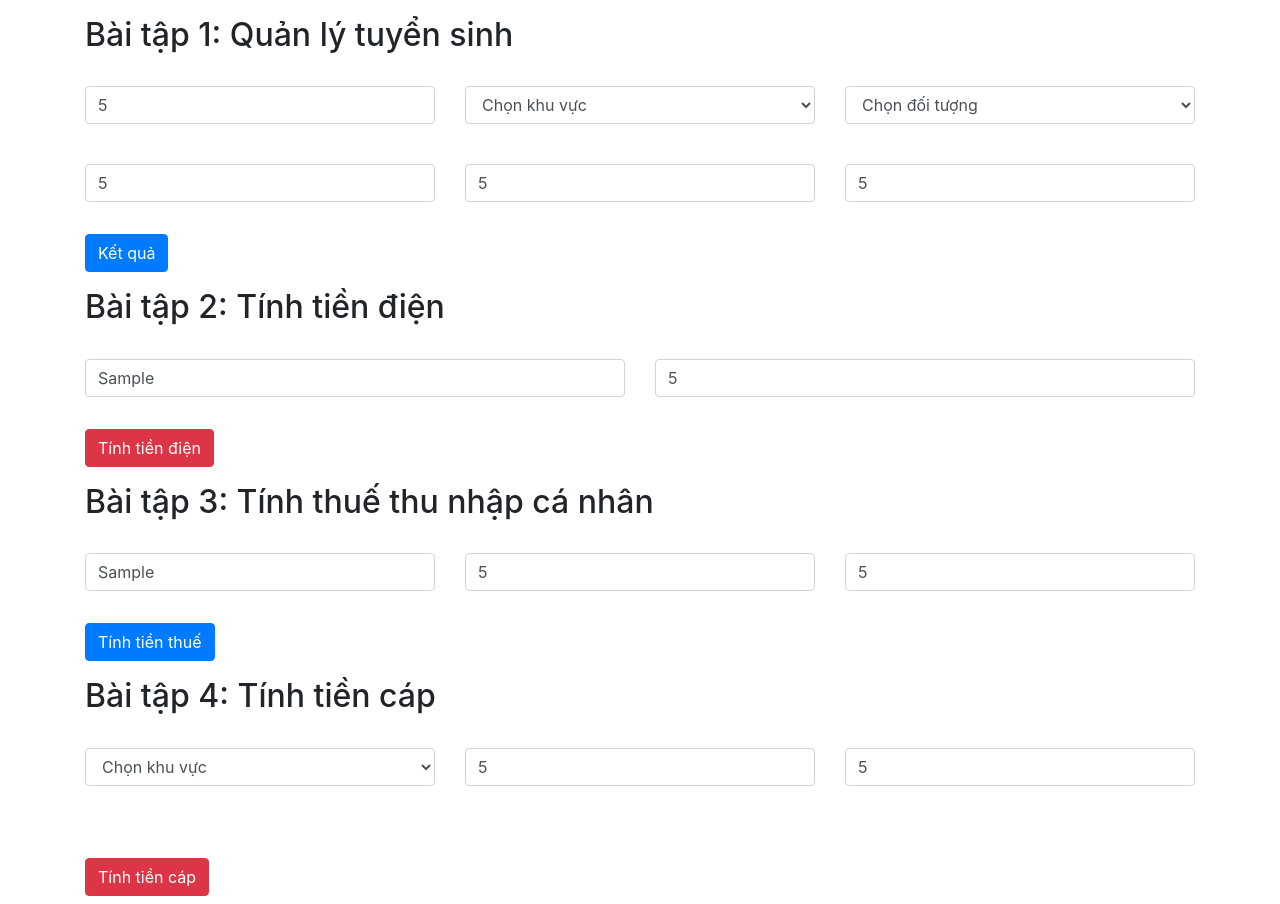
Repository: thanhfrankie/BC10-LeMinhThanh-Js-b5
Page: index.html
The author's editor kept a copy of each file at every save. The page is drawn from the files as they stood at one save, then again after the next save.
The browser window is 1280 px wide. The pictures show the whole page.
Empty fields were first filled with sample values (such as "Sample", 5 or name@example.com).
After loading, the first visible `button[onclick="tinhTienThue()"]` was clicked once.

Above is the page before, as saved 2023-12-24 22:03:01.
Console error: ReferenceError: tien is not defined

### index.html
<!DOCTYPE html>
<html lang="en">
  <head>
    <title>Title</title>
    <!-- Required meta tags -->
    <meta charset="utf-8" />
    <meta
      name="viewport"
      content="width=device-width, initial-scale=1, shrink-to-fit=no"
    />

    <!-- Bootstrap CSS -->
    <link
      rel="stylesheet"
      href="https://stackpath.bootstrapcdn.com/bootstrap/4.3.1/css/bootstrap.min.css"
      integrity="sha384-ggOyR0iXCbMQv3Xipma34MD+dH/1fQ784/j6cY/iJTQUOhcWr7x9JvoRxT2MZw1T"
      crossorigin="anonymous"
    />
  </head>
  <body>
    <!-- Bài tập 1 -->
    <div class="container">
      <h2 class="mt-3">Bài tập 1: Quản lý tuyển sinh</h2>
      <div class="row">
        <div class="col-sm-4">
          <div class="form-group">
            <label for="diem-chuan"></label>
            <input
              type="number"
              class="form-control"
              name=""
              id="diem-chuan"
              aria-describedby="helpId"
              placeholder="Điểm chuẩn"
              required
            />
          </div>
        </div>
        <div class="col-sm-4">
          <div class="form-group">
            <label for="khu-vuc"></label>
            <select class="form-control" id="khu-vuc">
              <option selected>Chọn khu vực</option>
              <option>A</option>
              <option>B</option>
              <option>C</option>
            </select>
          </div>
        </div>
        <div class="col-sm-4">
          <div class="form-group">
            <label for="doi-tuong"></label>
            <select class="form-control" id="doi-tuong">
              <option selected>Chọn đối tượng</option>
              <option>1</option>
              <option>2</option>
              <option>3</option>
            </select>
          </div>
        </div>
      </div>
      <div class="row">
        <div class="col-sm-4">
          <div class="form-group">
            <label for="diem-mon-thu-1"></label>
            <input
              type="number"
              class="form-control"
              name=""
              id="diem-mon-thu-1"
              aria-describedby="helpId"
              placeholder="Điểm môn thứ 1"
              required
            />
          </div>
        </div>
        <div class="col-sm-4">
          <div class="form-group">
            <label for="diem-mon-thu-2"></label>
            <input
              type="number"
              class="form-control"
              name=""
              id="diem-mon-thu-2"
              aria-describedby="helpId"
              placeholder="Điểm môn thứ 2"
              required
            />
          </div>
        </div>
        <div class="col-sm-4">
          <div class="form-group">
            <label for="diem-mon-thu-3"></label>
            <input
              type="number"
              class="form-control"
              name=""
              id="diem-mon-thu-3"
              aria-describedby="helpId"
              placeholder="Điểm môn thứ 3"
              required
            />
          </div>
        </div>
      </div>
      <button
        type="button"
        onclick="tuyenSinh()"
        class="btn btn-primary mt-3"
        id="ket-qua-tuyen-sinh"
      >
        Kết quả
      </button>
      <h3 id="ket-qua-cuoi-cung" class="text-success"></h3>
    </div>
    <!-- Bài tập 2 -->
    <div class="container">
      <h2 class="mt-3">Bài tập 2: Tính tiền điện</h2>
      <div class="row">
        <div class="col-sm-6">
          <div class="form-group">
            <label for="ho-ten"></label>
            <input
              type="text"
              class="form-control"
              name=""
              id="ho-ten"
              aria-describedby="helpId"
              placeholder="Nhập họ và tên"
              required
            />
          </div>
        </div>
        <div class="col-sm-6">
          <div class="form-group">
            <label for="so-kw"></label>
            <input
              type="number"
              class="form-control"
              name=""
              id="so-kw"
              aria-describedby="helpId"
              placeholder="Nhập số kw"
              required
            />
          </div>
        </div>
      </div>
      <button
        type="button"
        onclick="tinhTienDien()"
        class="btn btn-danger mt-3"
      >
        Tính tiền điện
      </button>

      <h3 id="thong-tin-hoa-don" class="text-success"></h3>
    </div>
    <!-- Bài tập 3-->
    <div class="container">
      <h2 class="mt-3">Bài tập 3: Tính thuế thu nhập cá nhân</h2>
      <div class="row">
        <div class="col-sm-4">
          <div class="form-group">
            <label for="nguoi-tinh-thue"></label>
            <input
              type="text"
              class="form-control"
              name=""
              id="nguoi-tinh-thue"
              aria-describedby="helpId"
              placeholder="Nhập họ tên"
              required
            />
          </div>
        </div>
        <div class="col-sm-4">
          <div class="form-group">
            <label for="thu-nhap-nam"></label>
            <input
              type="number"
              class="form-control"
              name=""
              id="thu-nhap-nam"
              aria-describedby="helpId"
              placeholder="Tổng thu nhập năm"
              required
            />
          </div>
        </div>
        <div class="col-sm-4">
          <div class="form-group">
            <label for="so-nguoi-phu-thuoc"></label>
            <input
              type="number"
              class="form-control"
              name=""
              id="so-nguoi-phu-thuoc"
              aria-describedby="helpId"
              placeholder="Số người phụ thuộc"
              required
            />
          </div>
        </div>
      </div>
      <button type="button" onclick="tinhTienThue()" class="btn btn-primary mt-3">
        Tính tiền thuế
      </button>
      <h3 id="tinh-tien-thue" class="text-success"></h3>
    </div>
    <!-- Bài tập 4-->
    <div class="container">
      <h2 class="mt-3">Bài tập 4: Tính tiền cáp</h2>
      <div class="row">
        <div class="col-sm-4">
          <div class="form-group">
            <label for="khach-hang"></label>
            <select class="form-control" id="khach-hang" onchange="chonKhachHang()">
              <option selected>Chọn khu vực</option>
              <option>Nhà Dân</option>
              <option>Doanh Nghiệp</option>
            </select>
          </div>
        </div>
        <div class="col-sm-4">
          <div class="form-group">
            <label for="ma-khach-hang"></label>
            <input
              type="number"
              class="form-control"
              name=""
              id="ma-khach-hang"
              aria-describedby="helpId"
              placeholder="Nhập mã khách hàng"
              required
            />
          </div>
        </div>
        <div class="col-sm-4">
          <div class="form-group">
            <label for="kenh-cao-cap"></label>
            <input
              type="number"
              class="form-control"
              name=""
              id="kenh-cao-cap"
              aria-describedby="helpId"
              placeholder="Số kênh cao cấp"
              required
            />
          </div>
        </div>
        <div class="col-sm-4">
          <div class="form-group">
            <label for="so-ket-noi"></label>
            <input
              style="display: none"
              type="number"
              class="form-control"
              name=""
              id="so-ket-noi"
              aria-describedby="helpId"
              placeholder="Số kết nối"
              required
            />
          </div>
        </div>
      </div>
      <button type="button" onclick="tinhTienCap()" class="btn btn-danger mt-3">
        Tính tiền cáp
      </button>

      <h3 id="hoa-don-tien-cap" class="text-success"></h3>
    </div>

    <!-- Optional JavaScript -->
    <!-- jQuery first, then Popper.js, then Bootstrap JS -->
    <script
      src="https://code.jquery.com/jquery-3.3.1.slim.min.js"
      integrity="sha384-q8i/X+965DzO0rT7abK41JStQIAqVgRVzpbzo5smXKp4YfRvH+8abtTE1Pi6jizo"
      crossorigin="anonymous"
    ></script>
    <script
      src="https://cdnjs.cloudflare.com/ajax/libs/popper.js/1.14.7/umd/popper.min.js"
      integrity="sha384-UO2eT0CpHqdSJQ6hJty5KVphtPhzWj9WO1clHTMGa3JDZwrnQq4sF86dIHNDz0W1"
      crossorigin="anonymous"
    ></script>
    <script
      src="https://stackpath.bootstrapcdn.com/bootstrap/4.3.1/js/bootstrap.min.js"
      integrity="sha384-JjSmVgyd0p3pXB1rRibZUAYoIIy6OrQ6VrjIEaFf/nJGzIxFDsf4x0xIM+B07jRM"
      crossorigin="anonymous"
    ></script>
    <script src="./index.js"></script>
  </body>
</html>

### index.js
// Bài tập 1
/**
 * B1: tạo biến, lấy giá trị từ input
 * B2: Xét các trường hợp
 * + nếu có môn điểm 0 => rớt
 * + chọn điểm chuẩn: ví dụ: 25
 * + tính điểm ưu tiên
 * + tính điểm tổng kết = tổng 3 môn thi + điểm ưu tiên
 * + so sánh điểm tổng kết và điểm chuẩn để kết luận đậu hay rớt
 * + gán sự kiện cho button
 * B3: hiển thị kết quả
 */
function tuyenSinh() {
  var diemMon1 = document.getElementById("diem-mon-thu-1").value * 1;
  var diemMon2 = document.getElementById("diem-mon-thu-2").value * 1;
  var diemMon3 = document.getElementById("diem-mon-thu-3").value * 1;
  var khuVucA = 2;
  var khuVucB = 1;
  var khuVucC = 0.5;
  var doiTuong1 = 2.5;
  var doiTuong2 = 1.5;
  var doiTuong3 = 1;
  var diemKhuVuc = document.getElementById("khu-vuc").value;
  var diemDoiTuong = document.getElementById("doi-tuong").value * 1;
  var diemUuTien = 0;
  var diemTongKet = 0;
  var ketQua = document.getElementById("ket-qua-cuoi-cung");
  var tongDiem3Mon = diemMon1 + diemMon2 + diemMon3;
  var diemChuan = document.getElementById("diem-chuan").value * 1;
  if (diemMon1 === 0 || diemMon2 === 0 || diemMon3 === 0) {
    ketQua.innerText = `Kết quả: Rớt!!!`;
  }
  if (
    diemKhuVuc !== "A" ||
    diemKhuVuc !== "B" ||
    diemKhuVuc !== "C" ||
    diemDoiTuong !== 1 ||
    diemDoiTuong !== 2 ||
    diemDoiTuong !== 3
  ) {
    ketQua.innerText = `Vui lòng chọn khu vực và đối tượng`;
  }
  if (diemKhuVuc === "A" && diemDoiTuong == 1) {
    diemUuTien = khuVucA + doiTuong1;

    diemTongKet = tongDiem3Mon + diemUuTien;
    if (diemTongKet < diemChuan) {
      return (ketQua.innerText = `Kết quả: ${diemTongKet} - Rớt!!!`);
    }
    return (ketQua.innerText = `Kết quả: ${diemTongKet} - Đậu `);
  }
  if (diemKhuVuc === "A" && diemDoiTuong == 2) {
    diemUuTien = khuVucA + doiTuong2;

    diemTongKet = tongDiem3Mon + diemUuTien;
    if (diemTongKet < diemChuan) {
      return (ketQua.innerText = `Kết quả: ${diemTongKet} - Rớt!!!`);
    }
    return (ketQua.innerText = `Kết quả: ${diemTongKet} - Đậu `);
  }
  if (diemKhuVuc === "A" && diemDoiTuong == 3) {
    diemUuTien = khuVucA + doiTuong3;

    diemTongKet = tongDiem3Mon + diemUuTien;
    if (diemTongKet < diemChuan) {
      return (ketQua.innerText = `Kết quả: ${diemTongKet} - Rớt!!!`);
    }
    return (ketQua.innerText = `Kết quả: ${diemTongKet} - Đậu `);
  }
  if (diemKhuVuc === "B" && diemDoiTuong == 1) {
    diemUuTien = khuVucB + doiTuong1;

    diemTongKet = tongDiem3Mon + diemUuTien;
    if (diemTongKet < diemChuan) {
      return (ketQua.innerText = `Kết quả: ${diemTongKet} - Rớt!!!`);
    }
    return (ketQua.innerText = `Kết quả: ${diemTongKet} - Đậu `);
  }
  if (diemKhuVuc === "B" && diemDoiTuong == 2) {
    diemUuTien = khuVucB + doiTuong2;

    diemTongKet = tongDiem3Mon + diemUuTien;
    if (diemTongKet < diemChuan) {
      return (ketQua.innerText = `Kết quả: ${diemTongKet} - Rớt!!!`);
    }
    return (ketQua.innerText = `Kết quả: ${diemTongKet} - Đậu `);
  }
  if (diemKhuVuc === "B" && diemDoiTuong == 3) {
    diemUuTien = khuVucB + doiTuong3;

    diemTongKet = tongDiem3Mon + diemUuTien;
    if (diemTongKet < diemChuan) {
      return (ketQua.innerText = `Kết quả: ${diemTongKet} - Rớt!!!`);
    }
    return (ketQua.innerText = `Kết quả: ${diemTongKet} - Đậu `);
  }
  if (diemKhuVuc === "C" && diemDoiTuong == 1) {
    diemUuTien = khuVucC + doiTuong1;

    diemTongKet = tongDiem3Mon + diemUuTien;
    if (diemTongKet < diemChuan) {
      return (ketQua.innerText = `Kết quả: ${diemTongKet} - Rớt!!!`);
    }
    return (ketQua.innerText = `Kết quả: ${diemTongKet} - Đậu `);
  }
  if (diemKhuVuc === "C" && diemDoiTuong == 2) {
    diemUuTien = khuVucC + doiTuong2;

    diemTongKet = tongDiem3Mon + diemUuTien;
    if (diemTongKet < diemChuan) {
      return (ketQua.innerText = `Kết quả: ${diemTongKet} - Rớt!!!`);
    }
    return (ketQua.innerText = `Kết quả: ${diemTongKet} - Đậu `);
  }
  if (diemKhuVuc === "C" && diemDoiTuong == 3) {
    diemUuTien = khuVucC + doiTuong3;

    diemTongKet = tongDiem3Mon + diemUuTien;
    if (diemTongKet < diemChuan) {
      return (ketQua.innerText = `Kết quả: ${diemTongKet} - Rớt!!!`);
    }
    return (ketQua.innerText = `Kết quả: ${diemTongKet} - Đậu `);
  }
}

// Bài tập 2
/**
 * B1: tạo biến, lấy giá trị từ input
 * B2: Tính tiền điện
 * + tạo biến để tính số tiền điện theo kw
 * + xét các trường hợp tiêu thụ điện và tính số tiền tương ứng
 * + gán sự kiện click cho button
 * B3: hiển thị kết quả
 */
function tinhTienDien() {
  var hoTen = document.getElementById("ho-ten").value;
  var soKw = document.getElementById("so-kw").value * 1;
  var ketQua = document.getElementById("thong-tin-hoa-don");
  var tienPhaiTra = 0;
  if (soKw <= 50) {
    tienPhaiTra = soKw * 500;
    return (ketQua.innerText = `Họ tên: ${hoTen}, Tiền điện: ${tienPhaiTra}`);
  }
  if (50 < soKw && soKw <= 100) {
    tienPhaiTra = 50 * 500 + (soKw - 50) * 650;
    return (ketQua.innerText = `Họ tên: ${hoTen}, Tiền điện: ${tienPhaiTra}`);
  }
  if (100 < soKw && soKw <= 200) {
    tienPhaiTra = 50 * 500 + 50 * 650 + (soKw - 100) * 850;
    return (ketQua.innerText = `Họ tên: ${hoTen}, Tiền điện: ${tienPhaiTra}`);
  }
  if (200 < soKw && soKw <= 350) {
    tienPhaiTra = 50 * 500 + 50 * 650 + 100 * 850 + (soKw - 200) * 1100;
    return (ketQua.innerText = `Họ tên: ${hoTen}, Tiền điện: ${tienPhaiTra}`);
  }
  if (soKw > 350) {
    tienPhaiTra =
      50 * 500 + 50 * 650 + 100 * 850 + 150 * 1100 + (soKw - 350) * 1300;
    return (ketQua.innerText = `Họ tên: ${hoTen}, Tiền điện: ${tienPhaiTra}`);
  }
}

// Bài tập 3
/**
 * B1: tạo biến, lấy giá trị từ input
 * B2: Tính thuế thu nhập cá nhân
 * + tạo biến để tính tiền thuế theo công thức
 * + gán sự kiện click cho button
 * B3: hiển thị kết quả
 */
function tinhTienThue() {
  var hoTen = document.getElementById("nguoi-tinh-thue").value
  var thuNhapNam = document.getElementById("thu-nhap-nam").value*1
  var soNguoiPhuThuoc = document.getElementById("so-nguoi-phu-thuoc").value * 1
  var thuNhapChiuThue = document.getElementById("tinh-tien-thue")
  var so = 4e+5
  var tienThuNhapCaNhan = 0
  if (thuNhapNam < 60) {
    tienThuNhapCaNhan = thuNhapNam - 4e+6 - soNguoiPhuThuoc * 1.6e+6
    return thuNhapChiuThue.innerHTML= `Họ tên: ${hoTen}, Tiền thuế thu nhập cá nhân: ${tien} `
  }
}



// Bài tập 4
/**
 * B1: tạo biến, lấy giá trị từ input
 * B2: Tính tiền cáp
 * + gắn sự kiện onchange cho button để kiểm tra có phải Doanh Nghiệp hay không
 * + xét các trường hợp nhà dân, doanh nghiệp để tính hóa đơn
 * + gán sự kiện click cho button
 * B3: hiển thị kết quả
 */
function chonKhachHang() {
  var khachHang = document.getElementById("khach-hang").value;
  var soKetNoi = document.getElementById("so-ket-noi");

  if (khachHang === "Doanh Nghiệp") {
    soKetNoi.style.display = "block";
  } else {
    soKetNoi.style.display = "none";
  }
}

function tinhTienCap() {
  var khachHang = document.getElementById("khach-hang").value;
  var maKhachHang = document.getElementById("ma-khach-hang").value;
  var kenhCaoCap = document.getElementById("kenh-cao-cap").value;
  var soKetNoi = document.getElementById("so-ket-noi").value;
  var hoaDonTienCap = document.getElementById("hoa-don-tien-cap");
  var tongTienPhaiTra = 0;
  var phiXuLyHoaDonNhaDan = 4.5;
  var phiDichVuCoBanNhaDan = 20.5;
  var thueKenhCaoCapNhaDan = 7.5;
  var phiXuLyHoaDonDoanhNghiep = 15;
  var phiDichVuCoBanDoanhNghiep = 0;
  var thueKenhCaoCapDoanhNghiep = 50;
  if (khachHang === "Nhà Dân") {
    tongTienPhaiTra =
      phiXuLyHoaDonNhaDan +
      phiDichVuCoBanNhaDan +
      thueKenhCaoCapNhaDan * kenhCaoCap;
    hoaDonTienCap.innerHTML = ` Khách hàng: ${maKhachHang}, tiền cáp: ${tongTienPhaiTra}  `;
  }
  if (khachHang === "Doanh Nghiệp") {
    if (soKetNoi > 0 && soKetNoi <= 10) {
      phiDichVuCoBanDoanhNghiep = 75;
    }
    if (soKetNoi > 10) {
      phiDichVuCoBanDoanhNghiep = 75 + (soKetNoi - 10) * 5;
    }
    tongTienPhaiTra =
      phiXuLyHoaDonDoanhNghiep +
      phiDichVuCoBanDoanhNghiep +
      thueKenhCaoCapDoanhNghiep * kenhCaoCap;
  }
  hoaDonTienCap.innerHTML = ` Khách hàng: ${khachHang}, tiền cáp: ${tongTienPhaiTra}  `;
}

After the next save:
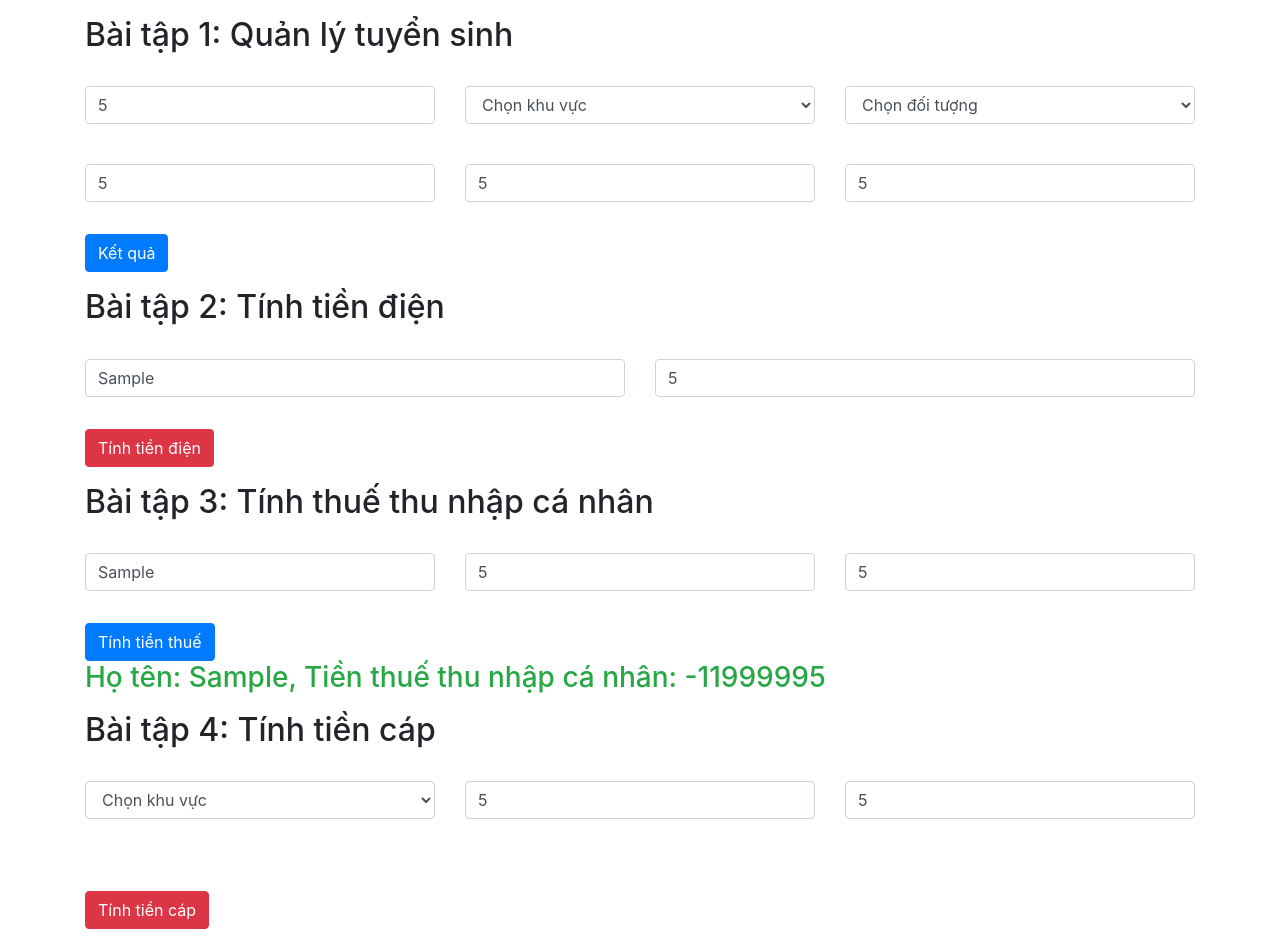
The error is gone.
Saved 5 s later.
--- a/index.js
+++ b/index.js
@@ -177,7 +177,7 @@ function tinhTienThue() {
   var tienThuNhapCaNhan = 0
   if (thuNhapNam < 60) {
     tienThuNhapCaNhan = thuNhapNam - 4e+6 - soNguoiPhuThuoc * 1.6e+6
-    return thuNhapChiuThue.innerHTML= `Họ tên: ${hoTen}, Tiền thuế thu nhập cá nhân: ${tien} `
+    return thuNhapChiuThue.innerHTML= `Họ tên: ${hoTen}, Tiền thuế thu nhập cá nhân: ${tienThuNhapCaNhan} `
   }
 }
 
